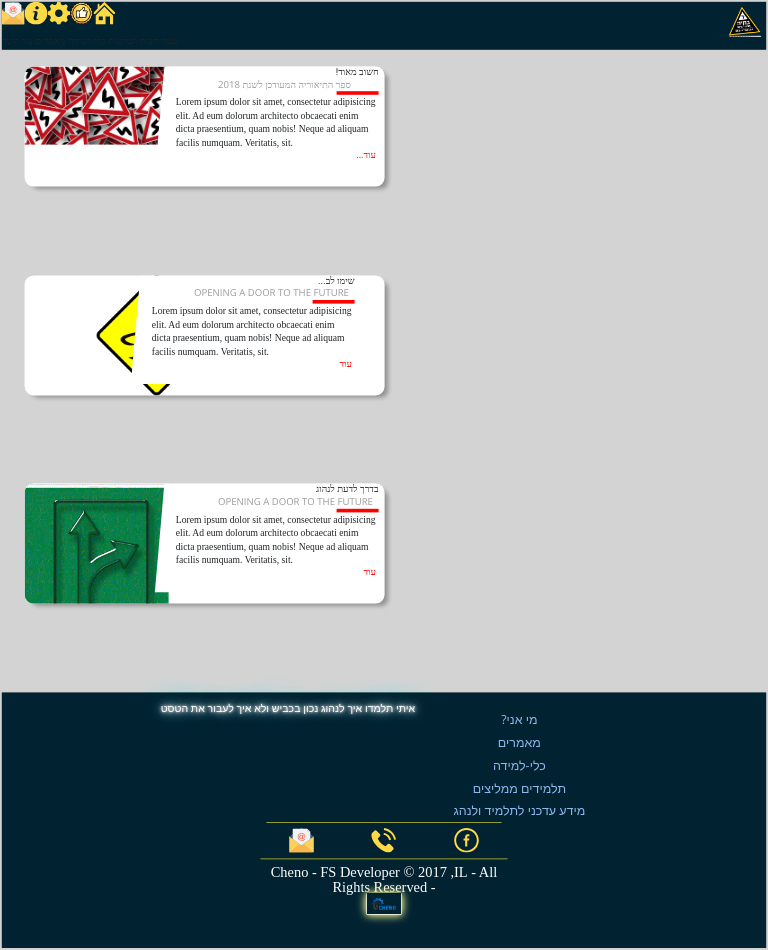
Repository: ChenGinsberg/BatyaLamed-site
Page: index.html
These files come from the project's save history. The page is drawn as it stood at one moment and after the next save; the edit follows.
The browser window is 1280 px wide. The pictures show the whole page, at 60% of full size.
Some web libraries are served in a nearby version.

Above is the page before, as saved 2017-11-21 21:56:37.

### index.html
<!DOCTYPE html>
<html lang="en">

<head>
    <meta charset="UTF-8">
    <meta name="viewport" content="width=device-width, initial-scale=1.0">
    <meta http-equiv="X-UA-Compatible" content="ie=edge">
    <title>Batya</title>

    <script type="text/javascript" src="http://app.sliderui.com/sliders/zrkchs.js"></script>
    <script src="https://code.jquery.com/jquery-3.2.1.slim.min.js" integrity="sha384-KJ3o2DKtIkvYIK3UENzmM7KCkRr/rE9/Qpg6aAZGJwFDMVNA/GpGFF93hXpG5KkN"
        crossorigin="anonymous"></script>
    <script src="https://cdnjs.cloudflare.com/ajax/libs/popper.js/1.12.3/umd/popper.min.js" integrity="sha384-vFJXuSJphROIrBnz7yo7oB41mKfc8JzQZiCq4NCceLEaO4IHwicKwpJf9c9IpFgh"
        crossorigin="anonymous"></script>
    <script src="https://maxcdn.bootstrapcdn.com/bootstrap/4.0.0-beta.2/js/bootstrap.min.js" integrity="sha384-alpBpkh1PFOepccYVYDB4do5UnbKysX5WZXm3XxPqe5iKTfUKjNkCk9SaVuEZflJ"
        crossorigin="anonymous"></script>
    <link rel="stylesheet" href="https://maxcdn.bootstrapcdn.com/bootstrap/4.0.0-beta.2/css/bootstrap.min.css" integrity="sha384-PsH8R72JQ3SOdhVi3uxftmaW6Vc51MKb0q5P2rRUpPvrszuE4W1povHYgTpBfshb"
        crossorigin="anonymous">
    <link href="https://fonts.googleapis.com/css?family=Varela+Round&amp;subset=hebrew" rel="stylesheet">
    <link rel="stylesheet" type="text/css" href="style/reset.css">
    <link rel="stylesheet" type="text/css" href="style/style.css">
    <link rel="stylesheet" type="text/css" href="style/nav.css">
    <link rel="stylesheet" type="text/css" href="style/slider.css">
    <link rel="stylesheet" type="text/css" href="style/infoBox.css">
    <link rel="stylesheet" type="text/css" href="style/footer.css">
</head>

<body lang="rtl">
    <!-- nav-bar -->
    <nav class="navbar-blue">
        <div class="nav-icons">
            <img src="image/batyaLogo.png" class="logo-nav">
            <a>
                <img src="image/email.svg" class="nav-email-icon">
            </a>
            <a href="aticles.html">
                <img src="image/icon.svg" class="nav-info-icon">
            </a>
            <a href="tools.html">
                <img src="image/settings-work-tool.svg" class="nav-tools-icon">
            </a>
            <a href="recommendsPage.html">
                <img src="image/recommended.svg" class="nav-recommended-icon">
            </a>
            <a href="index.html">
                <img src="image/house-outline.svg" class="nav-home-icon">
            </a>
        </div>
        <br>
        <div class="nav-text">
            <span class="nav-iconn">עמוד הבית</span>
            <span class="nav-iconn">המלצות</span>
            <span class="nav-iconn">כלי-למידה</span>
            <span class="nav-iconn">מאמרים</span>
            <span class="nav-iconn">צור קשר</span>
        </div>
    </nav>
    <!-- slider - linked at the head -->
    <div data-slider-id="zrkchs" class="sliderCSS"></div>
    <!-- infoBox -->
    <div class="blog-card">
        <div class="photo photo1"></div>
        <div class="description">
            <span class="infoBox_header">חשוב מאוד!
            </span>
            <h2>ספר התיאוריה המעודכן לשנת 2018</h2>
            <p class="summary">Lorem ipsum dolor sit amet, consectetur adipisicing elit. Ad eum dolorum architecto obcaecati enim dicta praesentium,
                quam nobis! Neque ad aliquam facilis numquam. Veritatis, sit.</p>
            <a href="#">...עוד</a>
        </div>
    </div>
    <div class="blog-card">
        <div class="photo photo2"></div>
        <div class="description">
            <span class="infoBox_header">שימו לב...</span>
            <h2>Opening a door to the future</h2>
            <p class="summary">Lorem ipsum dolor sit amet, consectetur adipisicing elit. Ad eum dolorum architecto obcaecati enim dicta praesentium,
                quam nobis! Neque ad aliquam facilis numquam. Veritatis, sit.</p>
            <a href="#"> עוד</a>
        </div>
    </div>
    <div class="blog-card">
        <div class="photo photo3">
            <img src="/image/arrow.png" class="roadArrow">
        </div>
        <div class="description">
            <span class="infoBox_header">בדרך לדעת לנהוג</span>
            <h2>Opening a door to the future</h2>
            <p class="summary">Lorem ipsum dolor sit amet, consectetur adipisicing elit. Ad eum dolorum architecto obcaecati enim dicta praesentium,
                quam nobis! Neque ad aliquam facilis numquam. Veritatis, sit.</p>
            <a href="#">עוד</a>
        </div>
    </div>
    <!-- FOOTER -->
    <footer class="flex-rw">
        <p class="footer-quate">איתי תלמדו איך לנהוג נכון בכביש ולא איך לעבור את הטסט</p>

        <ul class="footer-list-top">

            <li>
                <a href='/shop/about-mission' class="generic-anchor footer-list-anchor" itemprop="significantLink">?מי אני</a>
            </li>
            <li>
                <a href='/promos.html' class="generic-anchor footer-list-anchor" itemprop="significantLink">מאמרים</a>
            </li>
            <li>
                <a href='/retailers/new-retailers.html' class="generic-anchor footer-list-anchor" itemprop="significantLink">כלי-למידה</a>
            </li>

            <li>
                <a href='/job-openings.html' itemprop="significantLink" class="generic-anchor footer-list-anchor">תלמידים ממליצים</a>
            </li>

            <li>
                <a href='/shop/about-show-schedule' class="generic-anchor footer-list-anchor" itemprop="significantLink">מידע עדכני לתלמיד ולנהג</a>
            </li>
        </ul>
        <ul class="footer-list-top">
            <li>
                <section class="footer-social-section flex-rw">
                    <img src="image/email.svg" class="footer-svg">
                    <img src="image/telephone.svg" class="footer-svg">
                    <img src="image/social-facebook-circular-button.svg" class="footer-svg">

                </section>
                <section class="footer-bottom-section flex-rw">
                    <div class="footer-bottom-wrapper">
                        <i class="fa fa-copyright" role="copyright">

                        </i> Cheno - FS Developer © 2017
                        <address class="footer-address" role="company address"> ,IL</address>
                        <span class="footer-bottom-rights"> - All Rights Reserved - </span>
                    </div>
                    <div class="footer-bottom-wrapper">

                        <img src="/image/Chenologo.png" class="chen-icon">

                    </div>
                </section>
    </footer>


</body>

</html>

### style/reset.css
html,
body,
div,
span,
applet,
object,
iframe,
h1,
h2,
h3,
h4,
h5,
h6,
p,
blockquote,
pre,
a,
abbr,
acronym,
address,
big,
cite,
code,
del,
dfn,
em,
img,
ins,
kbd,
q,
s,
samp,
small,
strike,
strong,
sub,
sup,
tt,
var,
b,
u,
i,
center,
dl,
dt,
dd,
ol,
ul,
li,
fieldset,
form,
label,
legend,
table,
caption,
tbody,
tfoot,
thead,
tr,
th,
td,
article,
aside,
canvas,
details,
embed,
figure,
figcaption,
footer,
header,
hgroup,
menu,
nav,
output,
ruby,
section,
summary,
time,
mark,
audio,
video {
    margin: 0;
    padding: 0;
    border: 0;
    font-size: 100%;
    font: inherit;
    vertical-align: baseline;
}


/* HTML5 display-role reset for older browsers */

article,
aside,
details,
figcaption,
figure,
footer,
header,
hgroup,
menu,
nav,
section {
    display: block;
}

body {
    line-height: 1;
}

ol,
ul {
    list-style: none;
    padding: 0;
    margin: 0;
}

blockquote,
q {
    quotes: none;
}

blockquote:before,
blockquote:after,
q:before,
q:after {
    content: '';
    content: none;
}

table {
    border-collapse: collapse;
    border-spacing: 0;
}

### style/style.css
body {
    background-color: lightgray;
    margin: 2.8px;
}

### style/nav.css
/* NAV */

.navbar-blue {
    background-color: #012231;
    min-height: 80px;
}

.nav-icons {
    display: flex;
    flex-direction: row;
    flex-wrap: wrap;
}

.logo-nav {
    height: 52px;
    position: absolute;
    right: 11px;
    top: 11px;
}

.nav-home-icon {
    width: 38px;
}

.nav-recommended-icon {
    width: 38px;
}

.nav-info-icon {
    width: 38px;
}

.nav-tools-icon {
    width: 38px;
}

.nav-email-icon {
    width: 38px;
}


/* .nav-iconn {
    margin-right: 1%;
    font-family: 'Varela Round', sans-serif;
    color: white;
    position: relative;
    left: 4.2%;
    font-size: 0.70em;
    border-radius: 3px;
    transition: all 0.3s ease;
    padding-right: 2%;
    top: -13px; */


}
.nav-iconn:hover {
    background: red;
}

### style/slider.css
.container {
    margin: 16px auto;
    width: 93%;
    height: 200px;
    overflow: hidden;
    position: relative;
    box-shadow: 2px 7px 36px 0px #012231;
}

.photo_slider {
    position: absolute;
    animation: round 3s infinite;
    opacity: 0;
    width: 100%;
    left: 0%;
    height: 100%;
}

@keyframes round {
    25% {
        opacity: 1;
    }
    40% {
        opacity: 0;
    }
}

img:nth-child(1) {
    animation-delay: 12s;
}

img:nth-child(2) {
    animation-delay: 8s;
}

img:nth-child(3) {
    animation-delay: 4s;
}

img:nth-child(4) {
    animation-delay: 0s;
}

### style/infoBox.css
@import url(https://fonts.googleapis.com/css?family=Open+Sans:400,700|Roboto:400,700);
.blog-card {
    transition: height 0.3s ease;
    -webkit-transition: height 0.3s ease;
    border-radius: 15px;
    box-shadow: 9px 7px 7px -3px rgba(0, 0, 0, 0.3);
    margin: 28px auto 11.6%;
    overflow: hidden;
    position: relative;
    font-size: 1em;
    -webkit-font-smoothing: antialiased;
    background-color: white;
    margin-left: 3%;
    margin-right: 3%;
}

.blog-card:hover .details {
    left: 0;
}

.blog-card:hover.alt .details {
    right: 0;
}

.blog-card.alt .details {
    right: -100%;
    left: inherit;
}

.blog-card .photo {
    height: 257.6px;
    position: relative;
}

.blog-card .photo.photo1 {
    height: 130px;
    background: url("../image/red-article.png") center no-repeat;
    background-size: cover;
}

.blog-card .photo.photo2 {
    background: url("../image/yellow-article.png") center no-repeat;
    background-size: cover;
    height: 200px;
    /* zoom: 1.7; */
    width: 200px;
    position: relative;
    left: 20%;
}

.blog-card .photo.photo3 {
    background: url("../image/green-article - Copy.gif") center no-repeat;
    background-size: cover;
}

.blog-card .details {
    transition: all 0.3s ease;
    -webkit-transition: all 0.3s ease;
    background: rgba(0, 0, 0, 0.6);
    box-sizing: border-box;
    color: #fff;
    font-family: "Open Sans";
    list-style: none;
    margin: 0;
    padding: 10px 15px;
    height: 200px;
    /*POSITION*/
    position: absolute;
    top: 0;
    left: -100%;
}

.blog-card .details>li {
    padding: 3px 0;
}

.blog-card .details li:before,
.blog-card .details .tags ul:before {
    font-family: FontAwesome;
    margin-right: 10px;
    vertical-align: middle;
}

.blog-card .details .author:before {
    content: "\f007";
}

.blog-card .details .date:before {
    content: "\f133";
}

.blog-card .details .tags ul {
    list-style: none;
    margin: 0;
    padding: 0;
}

.blog-card .details .tags ul:before {
    content: "\f02b";
}

.blog-card .details .tags li {
    display: inline-block;
    margin-right: 3px;
}

.blog-card .details a {
    color: inherit;
    border-bottom: 1px dotted;
}

.blog-card .details a:hover {
    color: #75D13B;
}

.blog-card .description {
    padding: 1px 12px 15px;
    box-sizing: border-box;
    position: relative;
}

.blog-card .description .infoBox_header {
    direction: rtl;
    font-family: "Roboto";
    line-height: 1em;
    position: absolute;
    right: 10px;
}

.blog-card .description h2 {
    color: #9b9b9b;
    font-family: "Open Sans";
    line-height: 1.2em;
    text-transform: uppercase;
    font-size: 1em;
    font-weight: 400;
    margin: 1.2% 0;
    position: relative;
    top: 15px;
    left: 20.9%;
}

.blog-card .description p {
    position: relative;
    margin: 0;
    padding-top: 20px;
    line-height: 22.7px;
}

.blog-card .description p:after {
    content: "";
    background: red;
    height: 6px;
    width: 70px;
    position: absolute;
    top: 13px;
    right: -2px;
}

.blog-card .description a {
    color: red;
    margin-bottom: 10px;
    float: right;
}

.blog-card .description a:after {
    transition: all 0.3s ease;
    -webkit-transition: all 0.3s ease;
    content: "\f061";
    font-family: FontAwesome;
    margin-left: -10px;
    opacity: 0;
    vertical-align: middle;
}

.blog-card .description a:hover:after {
    margin-left: 5px;
    opacity: 1;
}

@media screen and (min-width: 600px) {
    .blog-card {
        height: 200px;
        max-width: 600px;
    }
    .blog-card:hover .photo {
        -webkit-transform: rotate(5deg) scale(1.3);
        transform: rotate(5deg) scale(1.3);
    }
    .blog-card:hover.alt .photo {
        -webkit-transform: rotate(-5deg) scale(1.3);
        transform: rotate(-5deg) scale(1.3);
    }
    .blog-card.alt .details {
        padding-left: 30px;
    }
    .blog-card.alt .description {
        float: right;
    }
    .blog-card.alt .description:before {
        -webkit-transform: skewX(5deg);
        transform: skewX(5deg);
        right: -15px;
        left: inherit;
    }
    .blog-card.alt .photo {
        float: right;
    }
    .blog-card .photo {
        transition: all 0.5s ease;
        -webkit-transition: all 0.5s ease;
        float: left;
        height: 100%;
        width: 40%;
    }
    .blog-card .details {
        width: 40%;
    }
    .blog-card .description {
        float: left;
        width: 60%;
        z-index: 0;
    }
    .blog-card .description:before {
        -webkit-transform: skewX(-5deg);
        transform: skewX(-5deg);
        content: "";
        background: #fff;
        width: 100%;
        z-index: -1;
        /*POSITION*/
        position: absolute;
        left: -15px;
        top: 0;
        bottom: 0;
    }
}

### style/footer.css
.footer-svg {
    height: 41px;
    width: 57px;
}

.chen-icon {
    width: 15%;
    position: relative;
    bottom: 4%;
    left: 0%;
    box-shadow: 0 0 1px #fff, 0 0 1px #fff, 0 0 0px #e3e98e, 0 0 17px #e3e98e, 0 0 13px #e3e98e;
}

.footer-quate {
    text-align: center;
    margin-right: 1%;
    font-family: 'Varela Round', sans-serif;
    color: white;
    position: relative;
    left: 4.8%;
    font-size: 1.1em;
    border-radius: 3px;
    transition: all 0.3s ease;
    padding-right: 1.2%;
    top: -13px;
    text-shadow: 0 0 5px #fff, 0 0 10px #fff, 0 0 20px #fff, 0 0 40px #0ff, 0 0 80px #0ff, 0 0 90px #0ff, 0 0 100px #0ff, 0 0 150px #0ff;
}

.generic-anchor {
    color: #8DB9ED;
}

.generic-anchor:visited {
    color: #909090;
}

.generic-anchor:hover {
    color: #ccc;
}

.flex-rw {
    display: -webkit-box;
    display: -ms-flexbox;
    display: flex;
    -ms-flex-flow: row wrap;
    flex-flow: row wrap;
    justify-content: center;
}

footer {
    background: #012231;
    margin-top: auto;
    width: 100%;
    padding: 31.2px 20px;
}

.footer-list-top {
    width: 33.333%;
}

.footer-list-top>li {
    text-align: center;
    padding-bottom: 10px;
    list-style: none;
}

.footer-list-header {
    padding: 10px 0 5px 0;
    color: #fff;
    font: 2.3vw "Oswald", sans-serif;
}

.footer-list-anchor {
    font: 1.3em "Open Sans", sans-serif;
}

.footer-social-section {
    width: 100%;
    -webkit-box-align: center;
    -ms-flex-align: center;
    align-items: center;
    -ms-flex-pack: distribute;
    justify-content: space-around;
    position: relative;
    margin-top: 5px;
}

.footer-social-section::after {
    content: "";
    position: absolute;
    z-index: 1;
    top: -25%;
    left: 10px;
    border-top: 1px solid #F4EE3A;
    width: calc(100% - 20px);
}

.footer-social-connect {
    display: -webkit-box;
    display: -ms-flexbox;
    display: flex;
    -webkit-box-align: center;
    -ms-flex-align: center;
    align-items: center;
    font: 3.5em "Oswald", sans-serif;
    color: #fff;
}

.footer-social-small {
    font-size: 0.6em;
    padding: 0px 20px;
}

.footer-social-overlap>a {
    font-size: 3em;
}

.footer-social-overlap>a:not(:first-child) {
    margin-left: 0.38em;
}

.footer-bottom-section {
    width: 100%;
    padding: 10px;
    border-top: 1px solid #F4EE3A;
    margin-top: 10px;
}

.footer-bottom-section>div:first-child {
    margin-right: auto;
}

.footer-bottom-wrapper {
    font-size: 1.5em;
    color: #fff;
}

.footer-address {
    display: inline;
    font-style: normal;
}

@media only screen and (max-width: 768px) {
    .footer-list-header {
        font-size: 2em;
    }
    .footer-list-anchor {
        font-size: 1.1em;
    }
    .footer-social-connect {
        font-size: 2.5em;
    }
    .footer-social-overlap>a {
        font-size: 2.24em;
    }
    .footer-bottom-wrapper {
        font-size: 1.3em;
    }
}

@media only screen and (max-width: 568px) {
    main {
        font-size: 5em;
    }
    .footer-list-top {
        width: 86%;
    }
    .footer-list-header {
        font-size: 3em;
    }
    .footer-list-anchor {
        font-size: 1.5em;
    }
    .footer-social-section {
        -webkit-box-pack: center;
        -ms-flex-pack: center;
        justify-content: center;
    }
    .footer-social-connect {
        margin-bottom: 10px;
        padding: 0 10px;
    }
    .footer-social-overlap {
        display: -webkit-box;
        display: -ms-flexbox;
        display: flex;
        -webkit-box-pack: center;
        -ms-flex-pack: center;
        justify-content: center;
    }
    .footer-social-icons-wrapper {
        width: 100%;
        padding: 0;
    }
    .footer-social-overlap>a:not(:first-child) {
        margin-left: 20px;
    }
    .footer-bottom-section {
        padding: 0 5px 0 5px;
    }
    .footer-bottom-wrapper {
        text-align: center;
        width: 100%;
        margin-top: 10px;
    }
}

@media only screen and (max-width: 480px) {
    .footer-social-overlap>a {
        margin: auto;
    }
    .footer-social-overlap>a:not(:first-child) {
        margin-left: 0;
    }
    .footer-bottom-rights {
        display: block;
    }
}

@media only screen and (max-width: 320px) {
    .footer-list-header {
        font-size: 2.2em;
    }
    .footer-list-anchor {
        font-size: 1.2em;
    }
    .footer-social-connect {
        font-size: 2.4em;
    }
    .footer-social-overlap>a {
        font-size: 2.24em;
    }
    .footer-bottom-wrapper {
        font-size: 0.8em;
        ;
    }
}

After the next save:
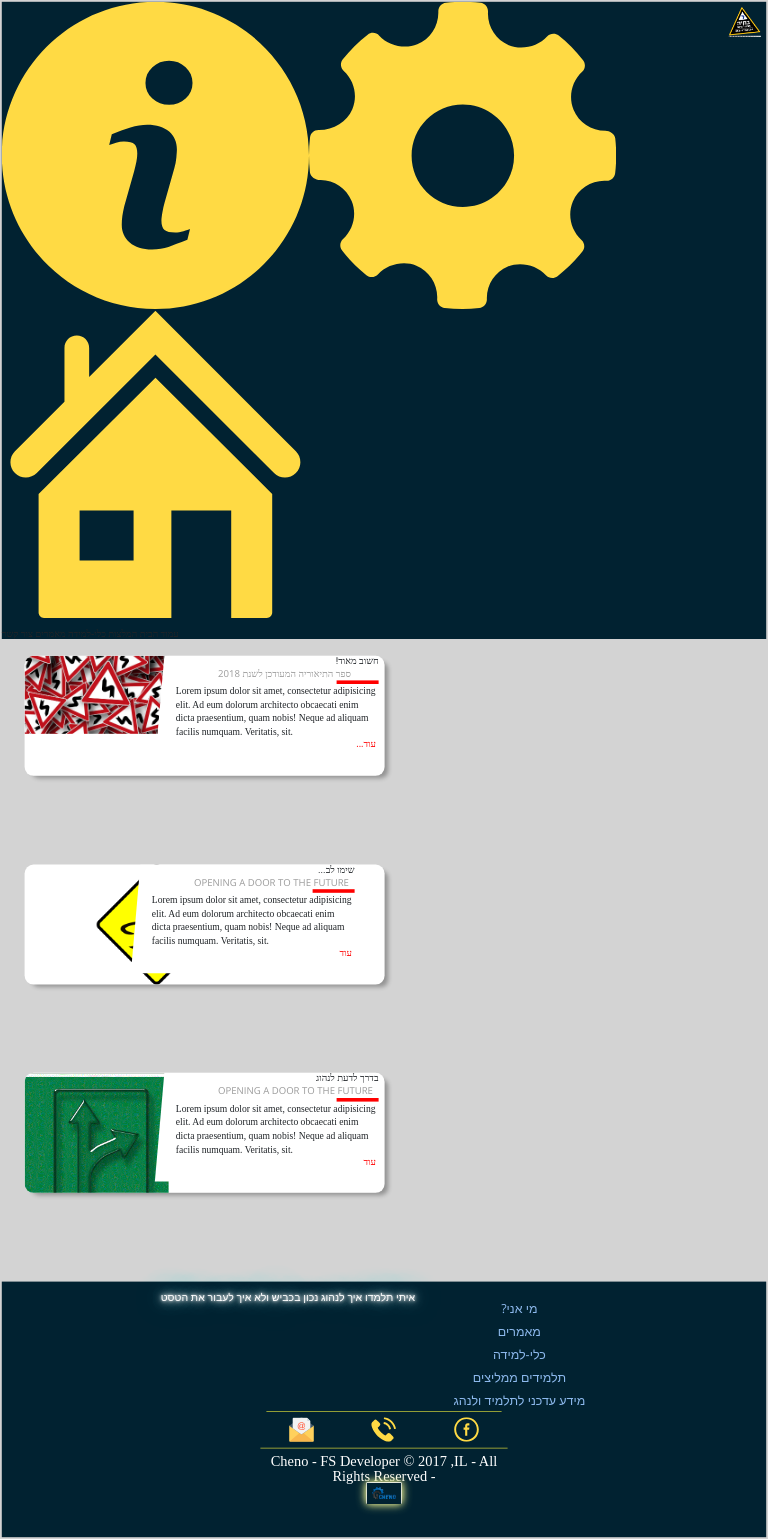
Saved 6 min 26 s later.
--- a/index.html
+++ b/index.html
@@ -31,19 +31,19 @@
         <div class="nav-icons">
             <img src="image/batyaLogo.png" class="logo-nav">
             <a>
-                <img src="image/email.svg" class="nav-email-icon">
+                <img src="image/email.svg" class="nav--icon">
             </a>
             <a href="aticles.html">
-                <img src="image/icon.svg" class="nav-info-icon">
+                <img src="image/icon.svg" class="nav--icon">
             </a>
             <a href="tools.html">
-                <img src="image/settings-work-tool.svg" class="nav-tools-icon">
+                <img src="image/settings-work-tool.svg" class="nav--icon">
             </a>
             <a href="recommendsPage.html">
-                <img src="image/recommended.svg" class="nav-recommended-icon">
+                <img src="image/recommended.svg" class="nav--icon">
             </a>
             <a href="index.html">
-                <img src="image/house-outline.svg" class="nav-home-icon">
+                <img src="image/house-outline.svg" class="nav--icon">
             </a>
         </div>
         <br>

After the 2 saves that followed:
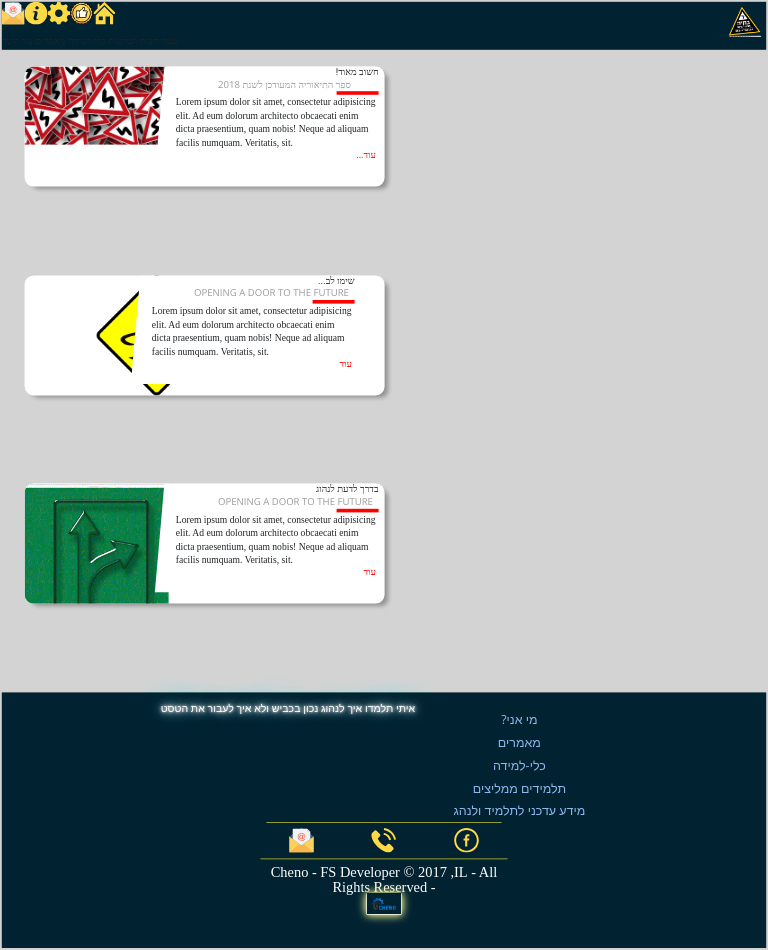
The 2 saves are shown as one change because they came seconds apart.
The last was saved 29 s later.
--- a/style/nav.css
+++ b/style/nav.css
@@ -18,23 +18,7 @@
     top: 11px;
 }
 
-.nav-home-icon {
-    width: 38px;
-}
-
-.nav-recommended-icon {
-    width: 38px;
-}
-
-.nav-info-icon {
-    width: 38px;
-}
-
-.nav-tools-icon {
-    width: 38px;
-}
-
-.nav-email-icon {
+.nav--icon {
     width: 38px;
 }
 
